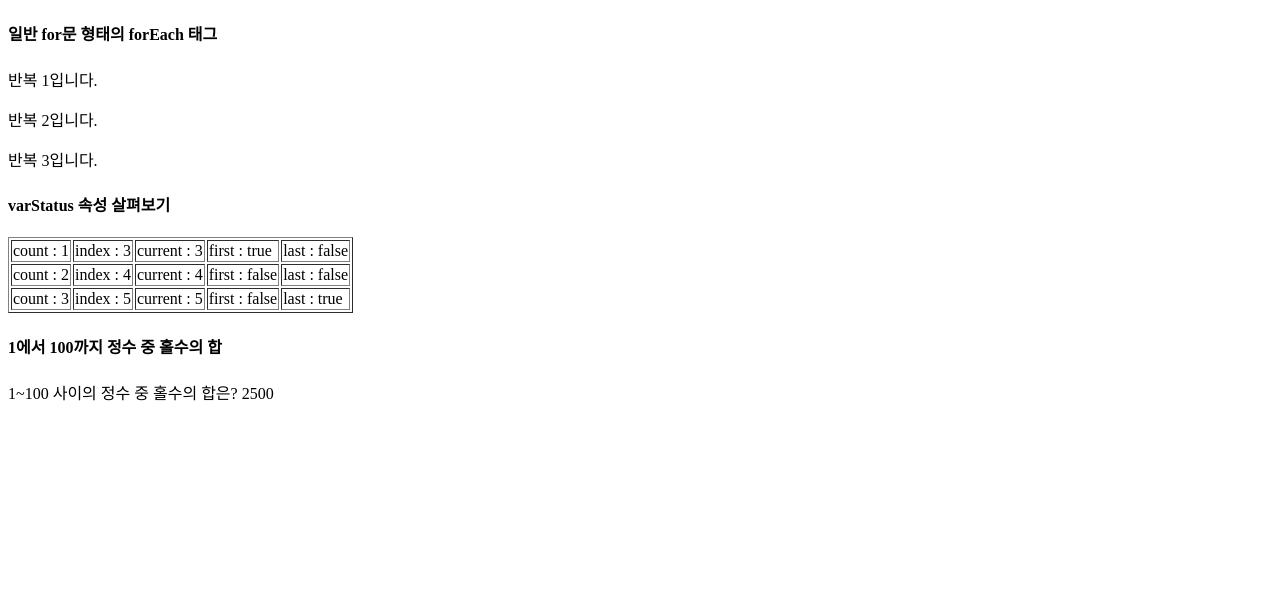
Repository: gunbong0921-cell/15JSP
Page: http://localhost/JSPStudy/04JSTL/core/ForEachNormal.jsp
The author's editor kept a copy of each file at every save. The page is drawn from the files as they stood at one save, then again after the next save.
The browser window is 1280 px wide. The pictures show the whole page.
The page is served by Tomcat 10. Other server files are loaded and not shown.

Above is the page before, as saved 2026-09-21 07:33:32.

### JSPStudy/src/main/webapp/04JSTL/core/ForEachNormal.jsp
<%@ page language="java" contentType="text/html; charset=UTF-8"
    pageEncoding="UTF-8"%>
<%@ taglib prefix="c" uri="http://java.sun.com/jsp/jstl/core"%>
<!DOCTYPE html>
<html>
<head>
<meta charset="UTF-8">
<title>JSTL - forEach 1</title>
</head>
<body>
	<h4>일반 for문 형태의 forEach 태그</h4>
	<c:forEach begin="1" end="3" step="1" var="i">
		<p>반복 ${ i }입니다.</p>
	</c:forEach>

	<h4>varStatus 속성 살펴보기</h4>
	<table border="1">
	<c:forEach begin="3" end="5" var="i" varStatus="loop">
		<tr>
			<td>count : ${ loop.count }</td>
			<td>index : ${ loop.index }</td>
			<td>current : ${ loop.current }</td>
			<td>first : ${ loop.first }</td>
			<td>last : ${ loop.last }</td>
		</tr>
	</c:forEach>
	</table>

	<h4>1에서 100까지 정수 중 홀수의 합</h4>
	<c:forEach begin="1" end="100" var="j">
		<c:if test= "${ j mod 2 ne 0 }">
			<c:set var="sum" value="${ sum + j }"></c:set>
		</c:if>
	</c:forEach>
	1~100 사이의 정수 중 홀수의 합은? ${ sum }
</body>
</html>

After the next save:
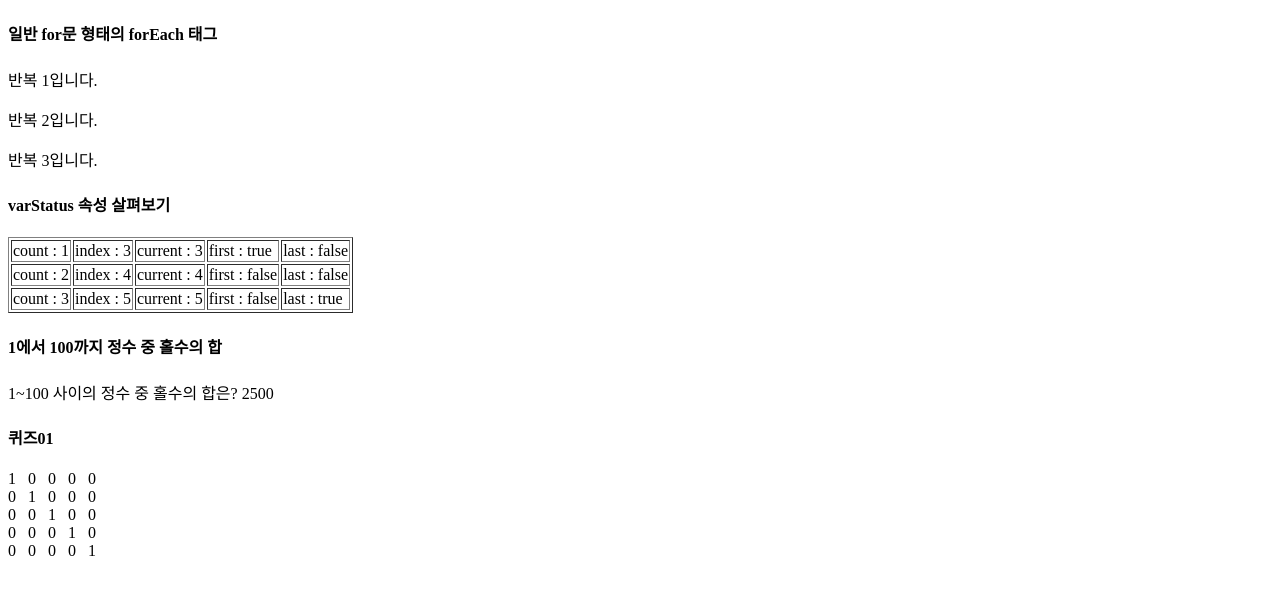
Saved 56 s later.
--- a/JSPStudy/src/main/webapp/04JSTL/core/ForEachNormal.jsp
+++ b/JSPStudy/src/main/webapp/04JSTL/core/ForEachNormal.jsp
@@ -33,5 +33,29 @@
 		</c:if>
 	</c:forEach>
 	1~100 사이의 정수 중 홀수의 합은? ${ sum }
+
+	<h4>퀴즈01</h4>
+	<!--
+	퀴즈] 아래 모양을 출력하시오. 단 JSTL의 forEach문과 if문을
+	활용하시오.
+	1 0 0 0 0
+	0 1 0 0 0
+	0 0 1 0 0
+	0 0 0 1 0
+	0 0 0 0 1
+	-->
+	<c:forEach begin="1" end="5" var="i">
+		<c:forEach begin="1" end="5" var="j">
+			<%-- 행 번호(i)와 열 번호(j)가 같으면 1 출력 --%>
+			<c:if test="${ i eq j }">
+				1 &nbsp;
+			</c:if>
+			<%-- 행 번호(i)와 열 번호(j)가 다르면 0 출력 --%>
+			<c:if test="${ i ne j }">
+				0 &nbsp;
+			</c:if>
+		</c:forEach>
+		<br /> <%-- 한 행 출력이 끝나면 줄바꿈 --%>
+	</c:forEach>
 </body>
 </html>
